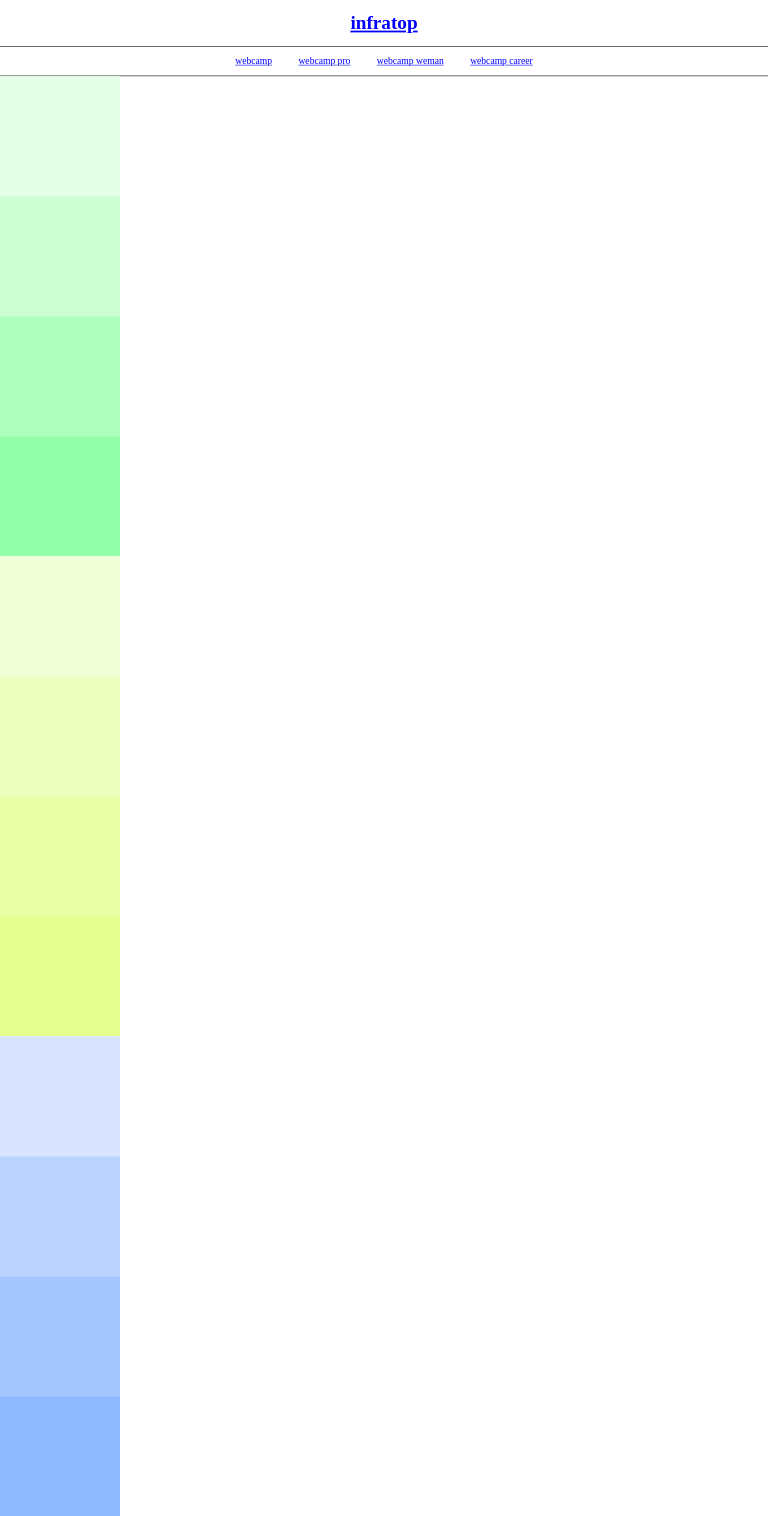
Repository: souta-miura/git-practice
Page: 1-5演習/1-5.html
The author's editor kept a record of every edit. The page is drawn from the files as they stood at one moment, then again after the next edit.
The browser window is 1280 px wide. The pictures show the whole page, at 60% of full size.

Above is the page before.

### 1-5演習/1-5.html
<!DOCTYPE html>
<html lang="ja">
  <head>
      <meta charset="UTF-8" />
      <link rel="stylesheet" href="1-5.css" />
      <title>chapter5</title>
  </head>

  <body>
      <header>
          <h1 class="heading">
              <a href="1-5.html">
                  infratop
              </a>
          </h1>
      </header>
      <nav>
          <ul class="nav-list">
              <li class="nav-list-item">
                <a href="1-5.html">webcamp</a>
              </li>
              <li class="nav-list-item">
                <a href="1-5.html">webcamp pro</a>
              </li>
              <li class="nav-list-item">
                <a href="1-5.html">webcamp weman</a>
              </li>
              <li class="nav-list-item">
                <a href="1-5.html">webcamp career</a>
              </li>
          </ul>
      </nav>
      <div class="main1">
        <div class="g1"></div>
        <div class="g2"></div>
        <div class="g3"></div>
        <div class="g4"></div>
        <div class="y1"></div>
        <div class="y2"></div>
        <div class="y3"></div>
        <div class="y4"></div>
        <div class="b1"></div>
        <div class="b2"></div>
        <div class="b3"></div>
        <div class="b4"></div>
      </div>
  </body>
</html>

### 1-5演習/1-5.css
* {
  margin: 0;
  padding: 0;
  box-sizing: border-box;
}

a {
  color: blue;
}

header {
  width: 90%;
  padding: 20px 0;
  margin: 0 auto;
  text-align: center;
}

.nav-list {
  text-align: center;
  padding: 15px 0;
  margin: 0 auto;
  border-top: 1px solid black;
  border-bottom: 1px solid black;
}

.nav-list-item {
  list-style: none;
  display: inline-block;
  margin: 0 20px;
}

.main {
  width: 800px;
  margin: 50px auto;
  display: flex;
  flex-wrap: wrap;
}

.g1 {
  width: 200px;
  height: 200px;
  background-color: #e6ffe9;
}

.g2 {
  width: 200px;
  height: 200px;
  background-color: #cbffd3;
}

.g3 {
  width: 200px;
  height: 200px;
  background-color: #aeffbd;
}

.g4 {
  width: 200px;
  height: 200px;
  background-color: #93ffab;
}

.y1 {
  width: 200px;
  height: 200px;
  background-color: #f3ffd8;
}

.y2 {
  width: 200px;
  height: 200px;
  background-color: #edffbe;
}

.y3 {
  width: 200px;
  height: 200px;
  background-color: #e9ffa5;
}

.y4 {
  width: 200px;
  height: 200px;
  background-color: #e4ff8d;
}

.b1 {
  width: 200px;
  height: 200px;
  background-color: #d9e5ff;
}

.b2 {
  width: 200px;
  height: 200px;
  background-color: #bad3ff;
}

.b3 {
  width: 200px;
  height: 200px;
  background-color: #a4c6ff;
}

.b4 {
  width: 200px;
  height: 200px;
  background-color: #8eb8ff;
}

footer {
  width: 100%;
  height: 120px;
  text-align: center;
  line-height: 120px;
  background-color: #848282;
}

.footer-text {
  color: #fff;
}

After the next edit:
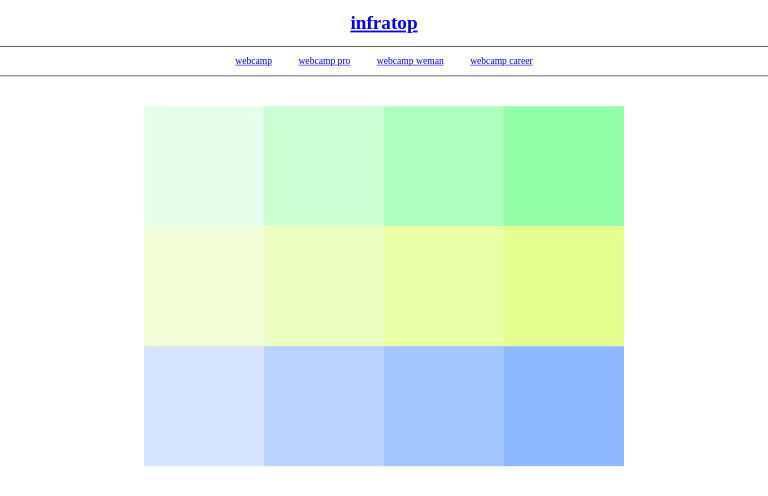
The edit:
--- a/1-5演習/1-5.html
+++ b/1-5演習/1-5.html
@@ -30,7 +30,7 @@
               </li>
           </ul>
       </nav>
-      <div class="main1">
+      <div class="main">
         <div class="g1"></div>
         <div class="g2"></div>
         <div class="g3"></div>
